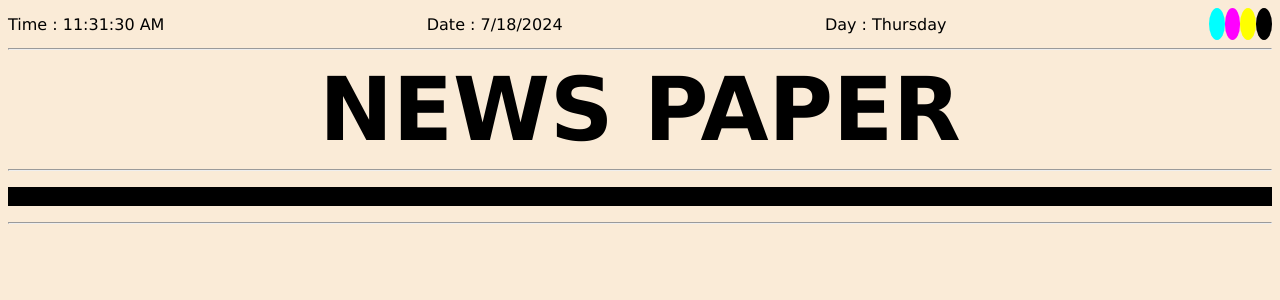
Repository: FARMAN9/new_paper
Page: /
The author's editor kept a copy of each file at every save. The page is drawn from the files as they stood at one save, then again after the next save.
The browser window is 1280 px wide. The pictures show the whole page.
The project was rebuilt for these pictures with package versions that can differ from the ones it lists, and the page was loaded fresh each time. Also part of the build but not shown: vite.config.js.

Above is the page before, as saved 2024-07-27 23:34:12.

After the next save:
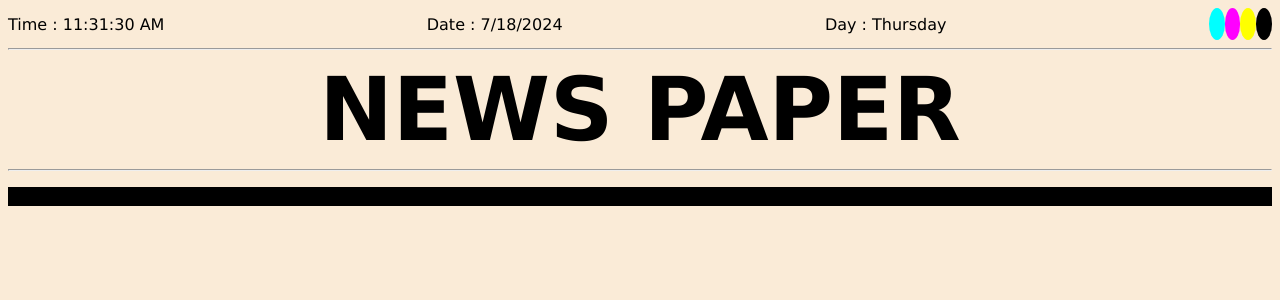
Saved 5 s later.
--- a/src/components/Header.jsx
+++ b/src/components/Header.jsx
@@ -26,7 +26,6 @@ function Header() {
       <h1>NEWS PAPER</h1>
       <hr />
       <p className="blackstrip-top"> hello world</p>
-      <hr />
     </nav>
   );
 }
